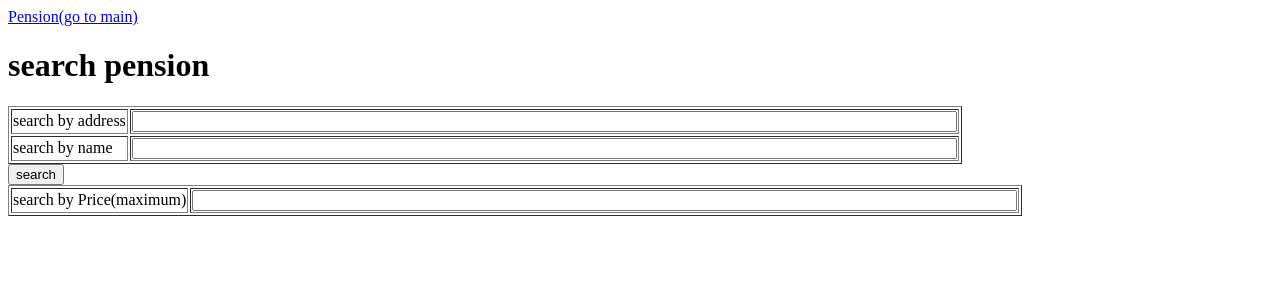
Repository: spero-spera/termproject
Page: http://localhost/pension/search.php
The author's editor kept a record of every edit. The page is drawn from the files as they stood at one moment, then again after the next edit.
The browser window is 1280 px wide. The pictures show the whole page.
The page is run by PHP 8.4 with error messages shown; the project is at /var/www/html/.

Above is the page before.

After the next edit:
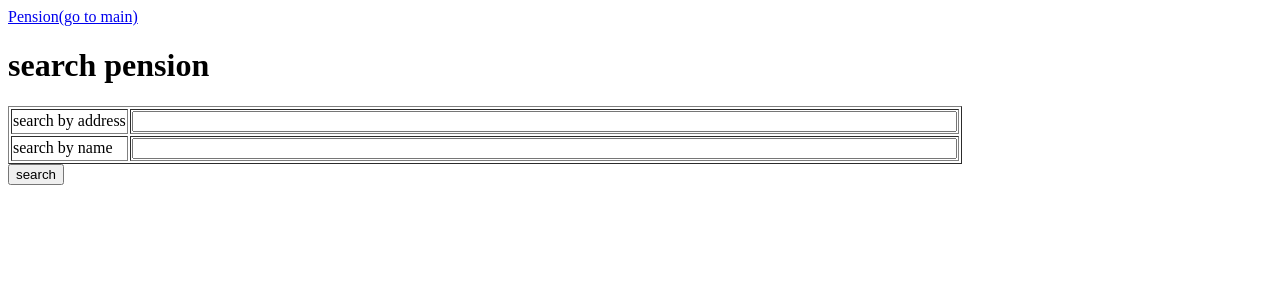
The edit:
--- a/pension/search.php
+++ b/pension/search.php
@@ -22,11 +22,6 @@
   </table>
  <input type=submit value="search">
 
-<table border="1">
-  <tr>
-   <td>search by Price(maximum)</td>
-   <td><input type="text" size="100" name="Price"></td>
-  </tr>
   </form>
 </body>
 </html>
